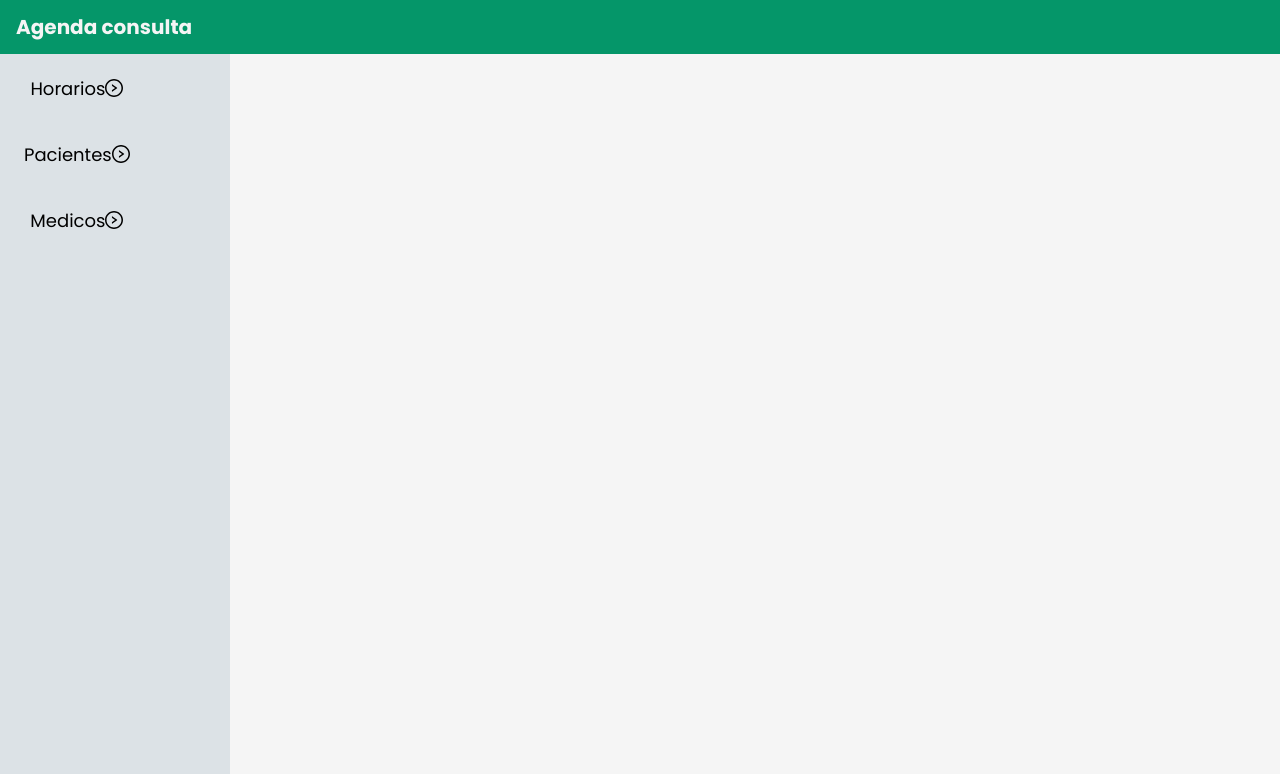
Repository: BarbaraCD/agendaconsulta
Page: /appointments
The author's editor kept a copy of each file at every save. The page is drawn from the files as they stood at one save, then again after the next save.
The browser window is 1280 px wide. The pictures show the whole page.
The project was rebuilt for these pictures with package versions that can differ from the ones it lists, and the page was loaded fresh each time. Also part of the build but not shown: vite.config.ts.

Above is the page before, as saved 2023-07-31 09:32:18.

After the next save:
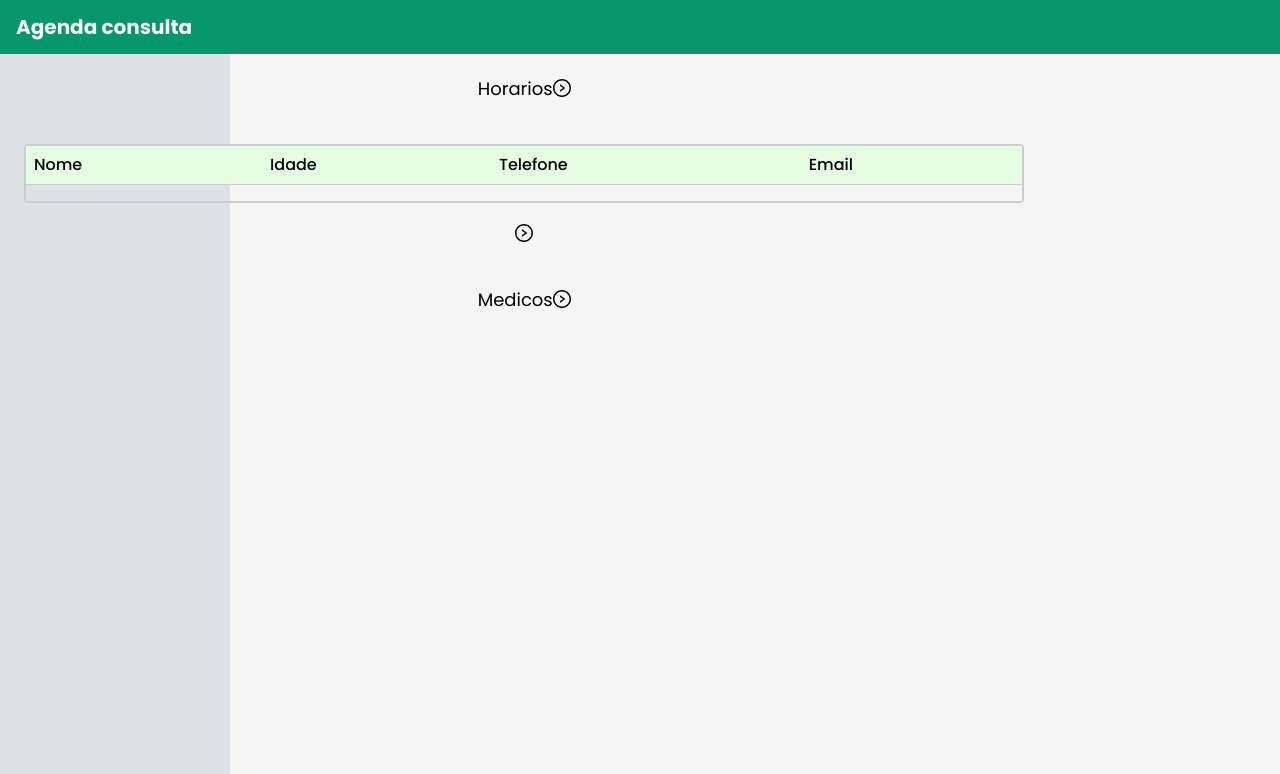
Saved 48 s later.
--- a/src/components/Sidebar.tsx
+++ b/src/components/Sidebar.tsx
@@ -1,5 +1,6 @@
 import styled from 'styled-components'
 import { RightCircleOutlined } from '@ant-design/icons'
+import { Patients } from './Patients'
 
 const StyledSidebar = styled.div`
   display: flex;
@@ -38,7 +39,7 @@ export function Sidebar(){
             <RightCircleOutlined />
           </li>
           <li>
-            Pacientes
+            <Patients />
             <RightCircleOutlined />
           </li>
           <li>
